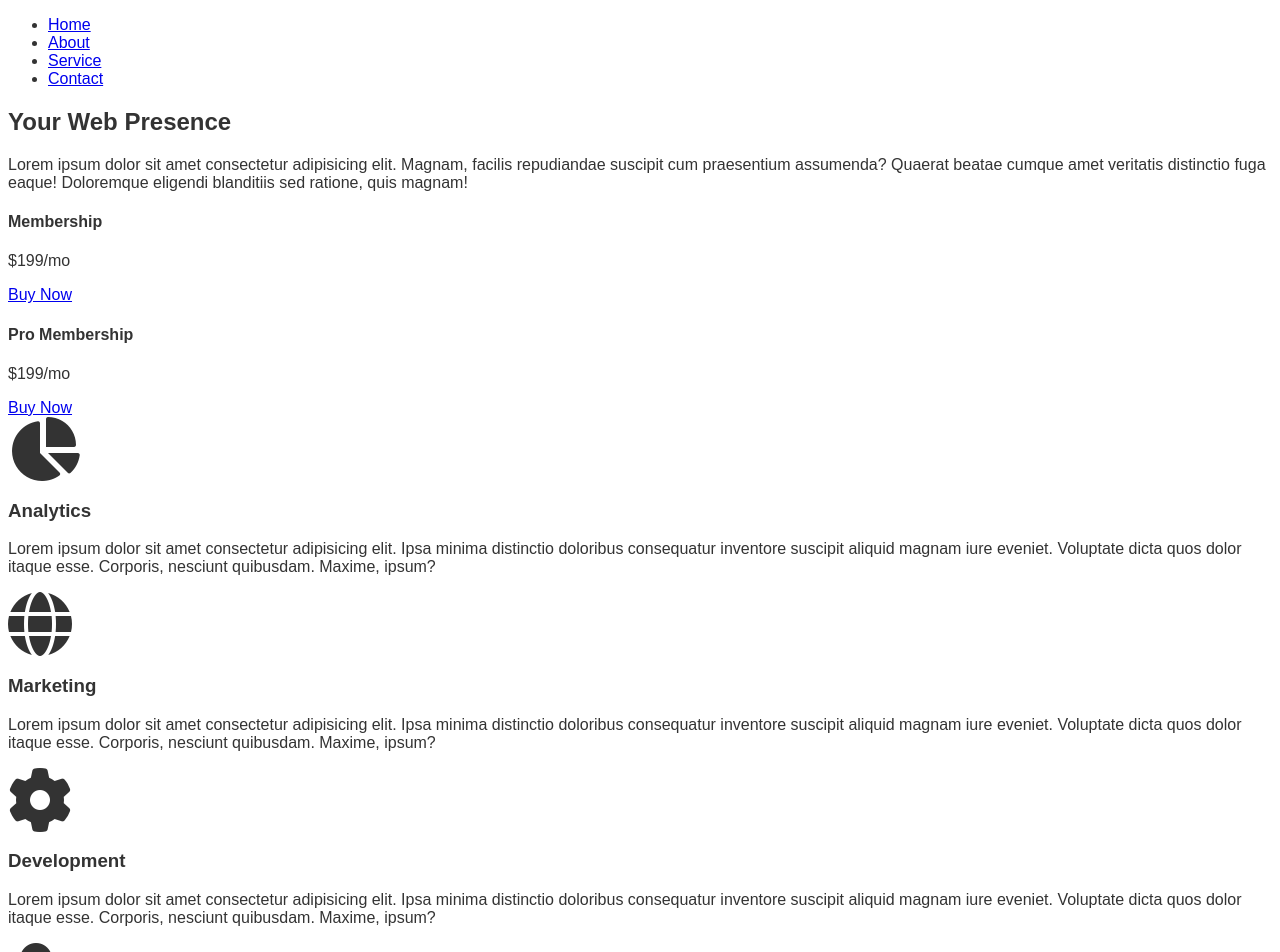
Repository: 1813404040072/grid-demo
Page: index.html
The author's editor kept a copy of each file at every save. The page is drawn from the files as they stood at one save, then again after a run of saves.
The browser window is 1280 px wide. The pictures show the part of the page from y = 0 to 952 px (the page is 1964 px tall).
Some web libraries are served in a nearby version.

Above is the page before, as saved 2019-12-24 23:09:49.

After the next 3 saves:
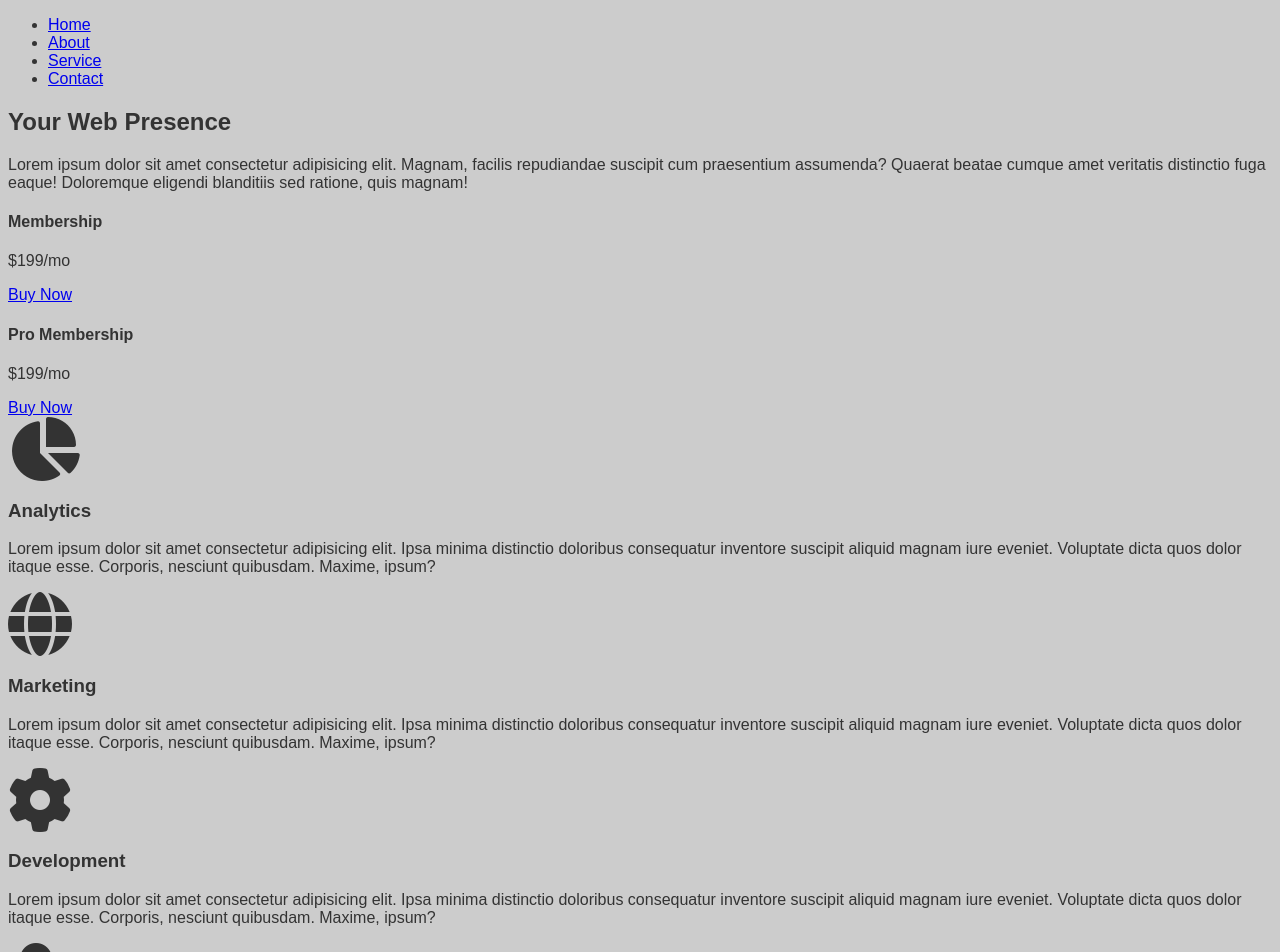
The 3 saves are shown as one change because they came seconds apart.
The last was saved 10 s later.
--- a/style.css
+++ b/style.css
@@ -11,3 +11,7 @@
     font-family: Arial, Helvetica, sans-serif;
     color: var(--dark);
 }
+
+body {
+    background: #ccc;
+}
